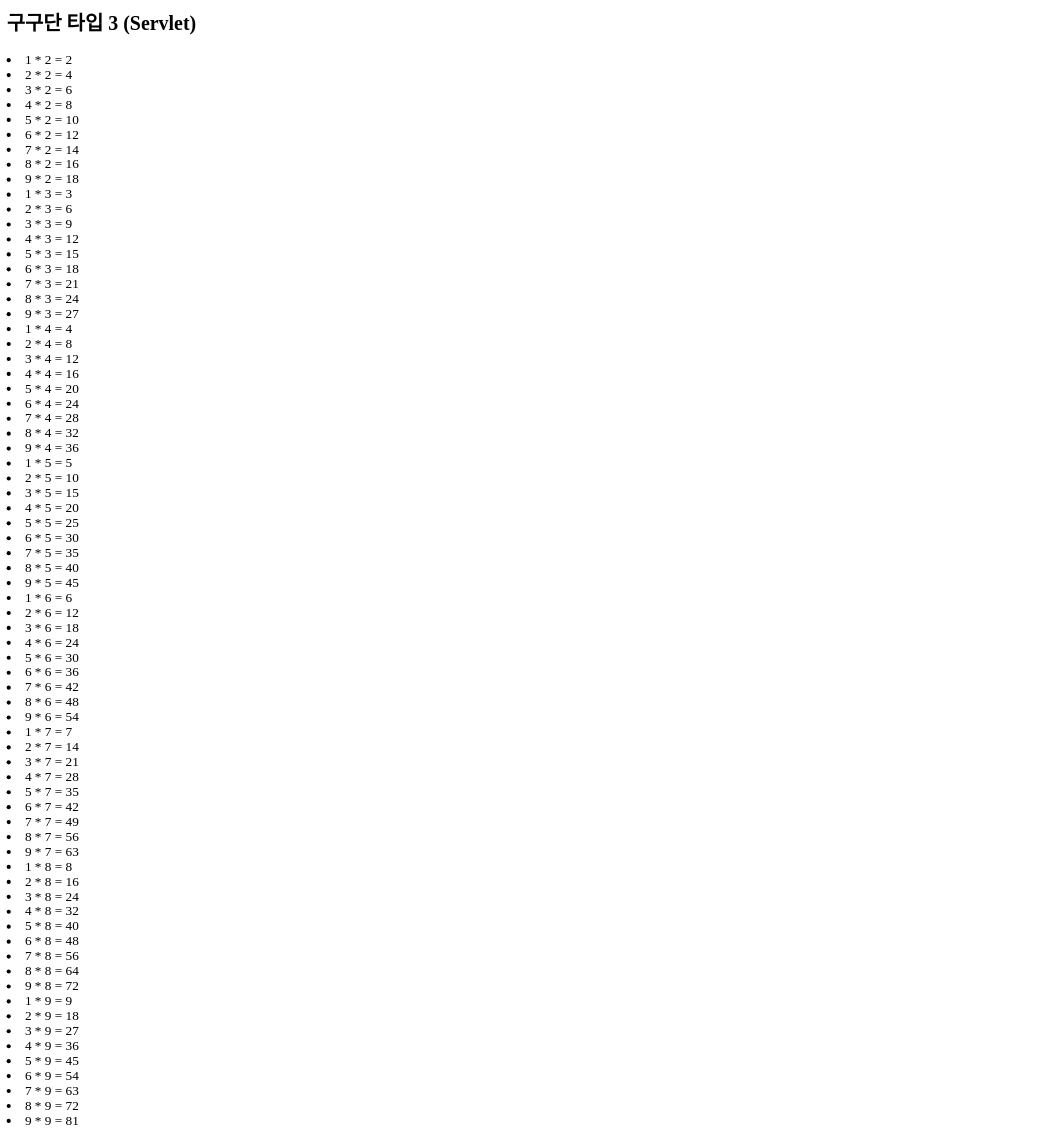
Repository: Byeonghee-son/DB-Servlet
Page: http://localhost/ServletStudy/gugudan
The author's editor kept a copy of each file at every save. The page is drawn from the files as they stood at one save, then again after the next save.
The browser window is 1280 px wide. The pictures show the whole page, at 83% of full size.
The page is served by Tomcat 9.

Above is the page before, as saved 2023-05-11 05:48:46.

After the next save:
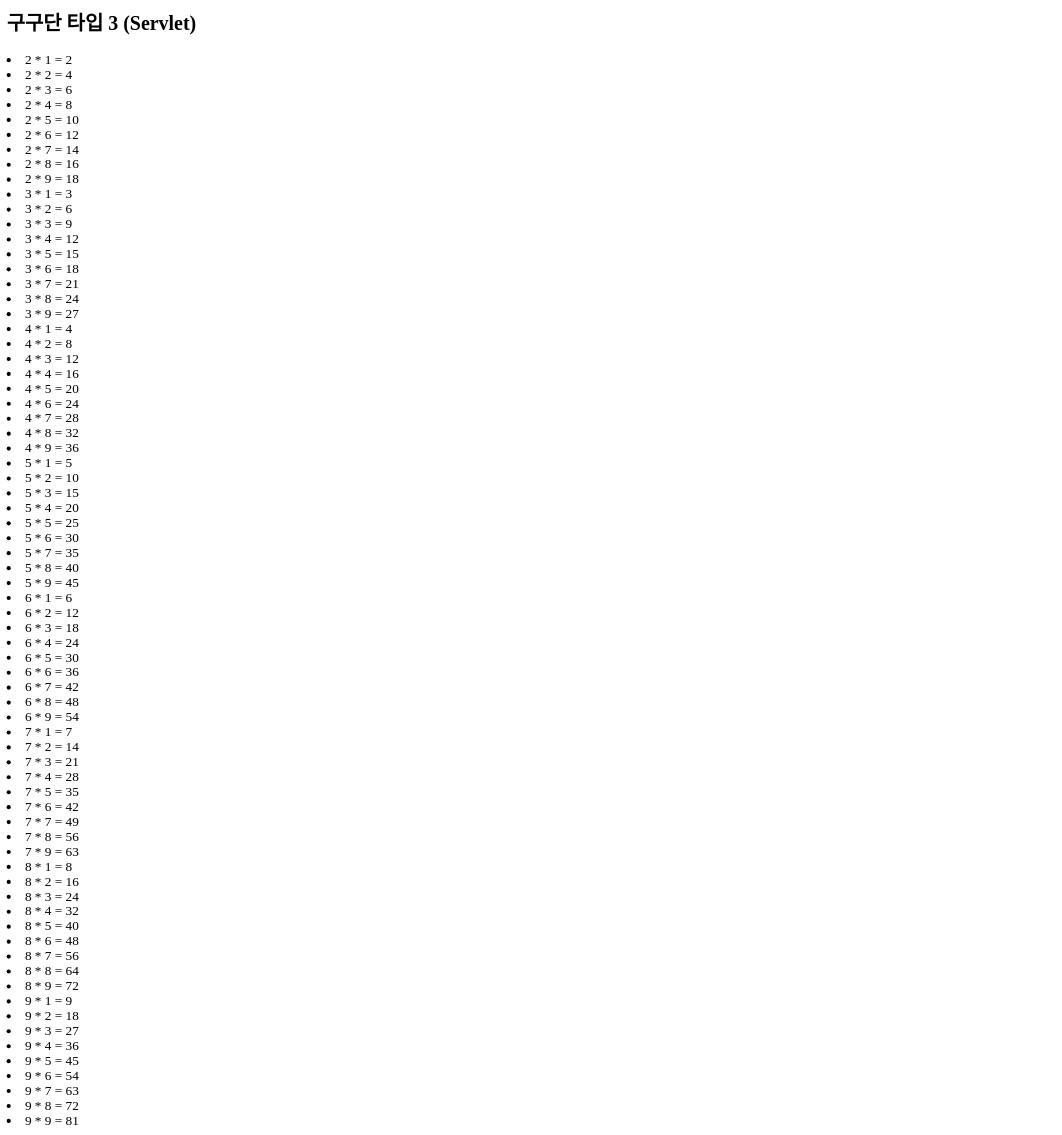
Saved 46 s later.
--- a/ServletStudy/src/main/java/edu/pnu/servlet/gugudan.java
+++ b/ServletStudy/src/main/java/edu/pnu/servlet/gugudan.java
@@ -27,7 +27,7 @@ public class gugudan extends HttpServlet {
 
 			for(int i = 2; i < 10 ; i++) {
 				for(int j = 1; j < 10; j++ )
-				out.println("<li>" +  j + " * " + i + " = " + i * j + "</li>");
+				out.println("<li>" +  i + " * " + j + " = " + i * j + "</li>");
 			}
 			out.close();
 		}catch(IOException e) {
